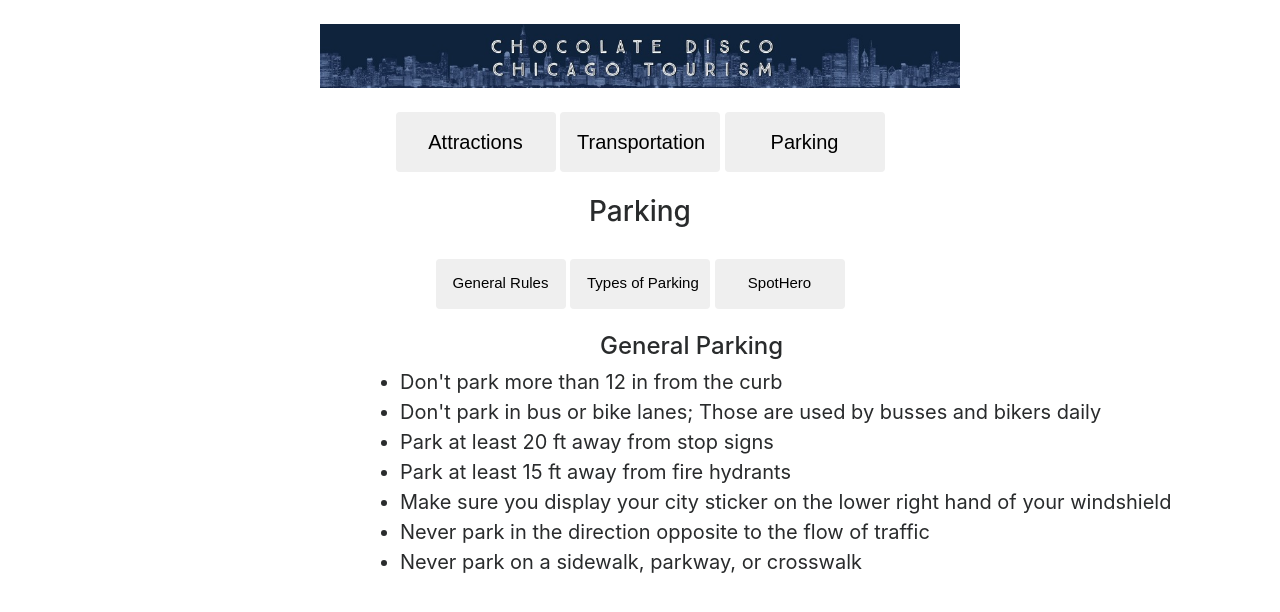
Repository: rkodit2/cs422project
Page: parking.html
The author's editor kept a copy of each file at every save. The page is drawn from the files as they stood at one save, then again after the next save.
The browser window is 1280 px wide. The pictures show the whole page.

Above is the page before, as saved 2021-11-03 20:04:42.

After the next save:
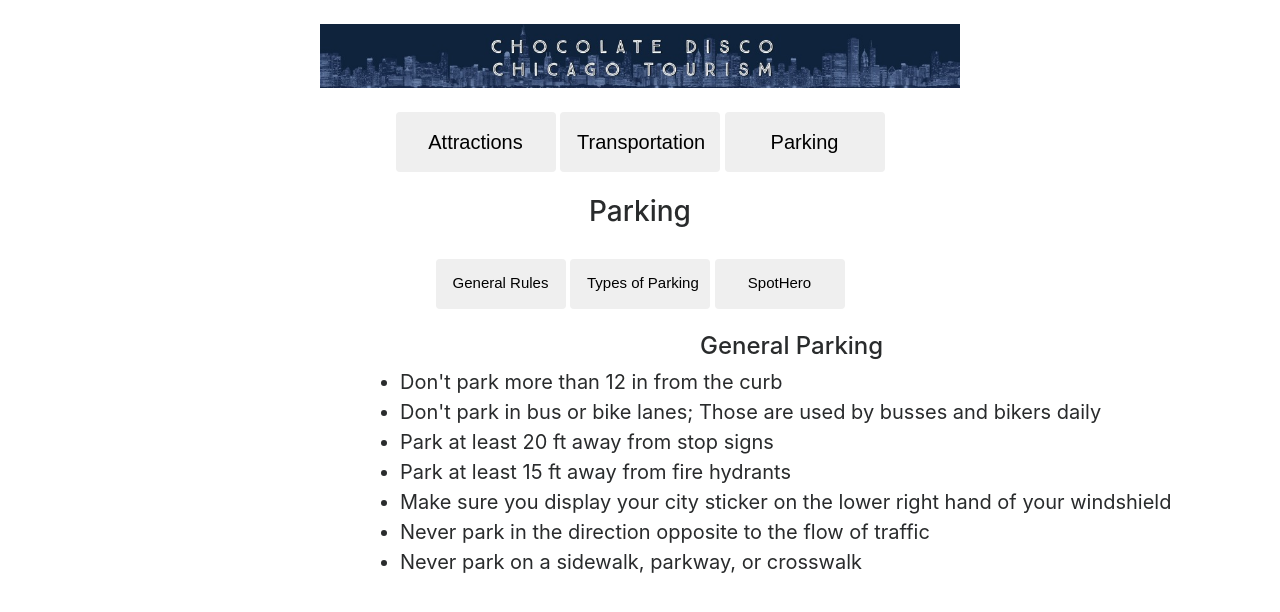
Saved 6 s later.
--- a/parking.html
+++ b/parking.html
@@ -31,7 +31,7 @@
             </div>
 
             <br>
-            <h4 style="padding-left: 600px;">General Parking</h4>
+            <h4 style="padding-left: 700px;">General Parking</h4>
             <ul style="padding-left: 400px;">
                 <li>Don't park more than 12 in from the curb</li>
 
